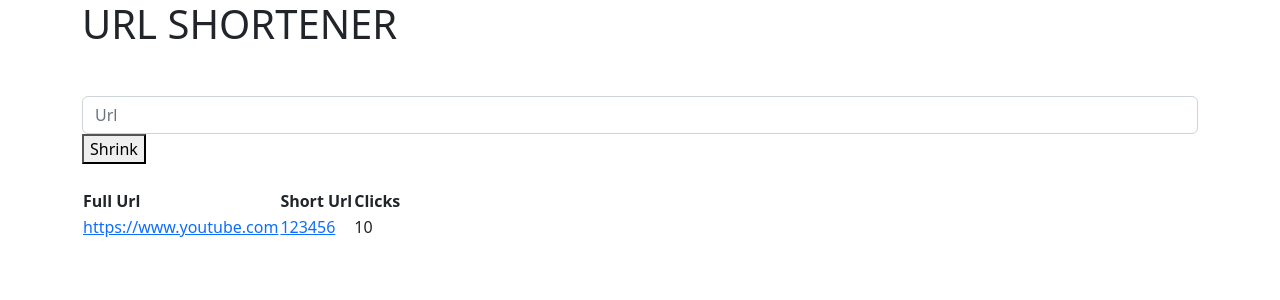
Repository: HarshM0di/URL-SHORTENER
Page: http://localhost/
These files come from the project's save history. The page is drawn as it stood at one moment and after the next save; the edit follows.
The browser window is 1280 px wide. The pictures show the whole page.
The page is served by the project's Node server (server.js).

Above is the page before, as saved 2022-09-18 10:58:04.

After the next save:
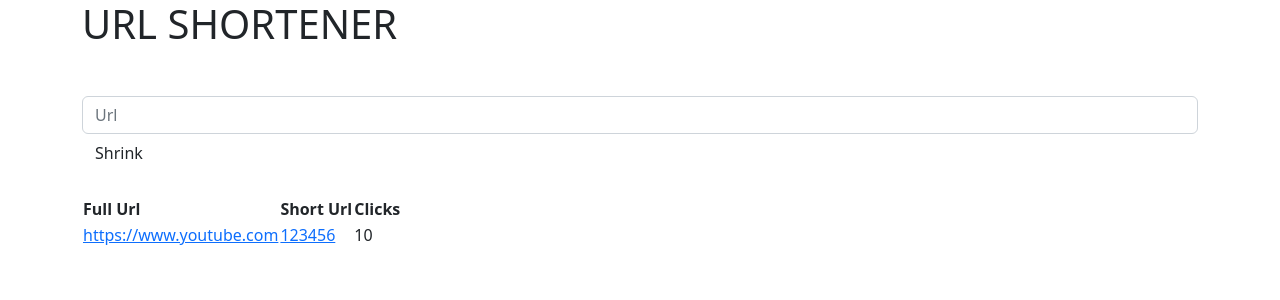
Saved 48 s later.
--- a/views/index.ejs
+++ b/views/index.ejs
@@ -16,7 +16,7 @@
     <form action="" method = "POST" class ="my-4 form-inline">
         <label for="fullUrl" class="sr-only"></label>
         <input required placeholder="Url" type="url" name= "fullUrl" id="fullUrl" class="form-control mr-2" >
-        <button type="submit">Shrink</button>
+        <button class="btn btn-sucess" type="submit">Shrink</button>
     </form>
 
     <table>
